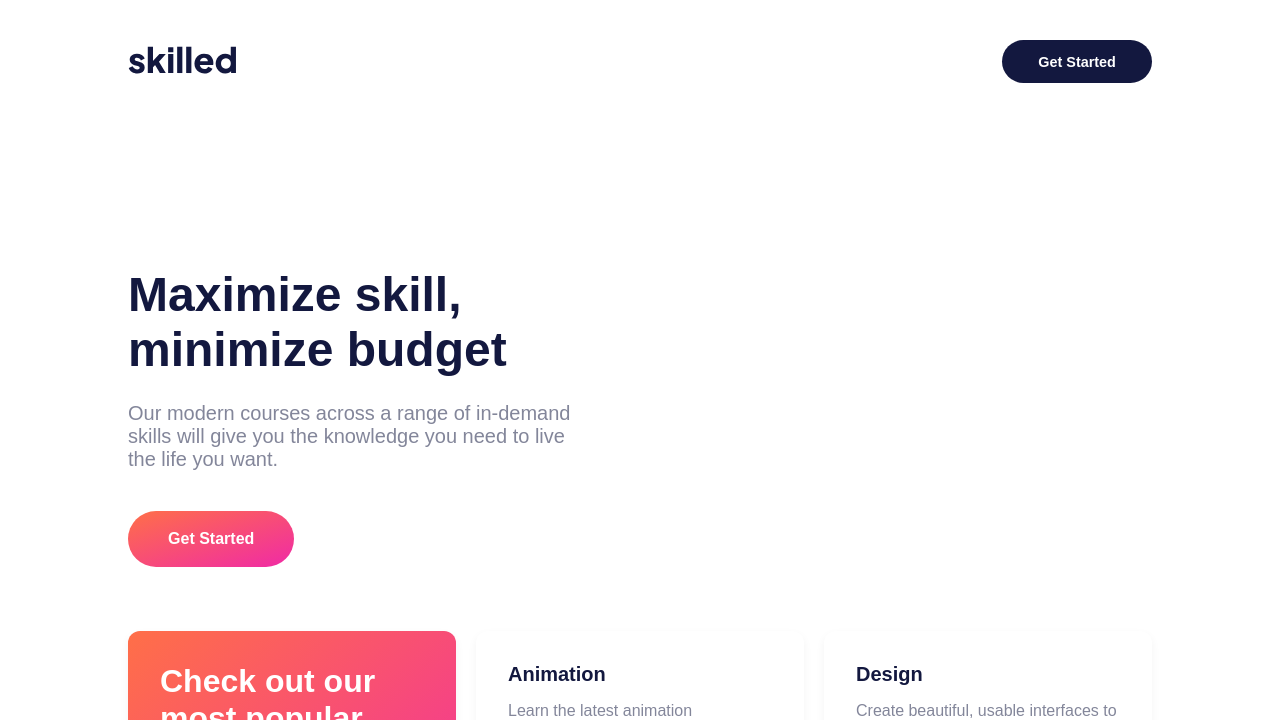
Repository: exe-walt/E-Learning-Landing-Page
Page: index.html
An editor plug-in stored every save of this project. The page is shown before and after the next save, followed by the edit.
The browser window is 1280 px wide. The pictures show the whole page.
The pointer rests on the first visible `.grad-btn1`.
An inner scrolling area shows only its first screen. Some web fonts or font styles are not loaded; a fallback is used.

Above is the page before, as saved 2025-05-30 11:43:39.

After the next save:
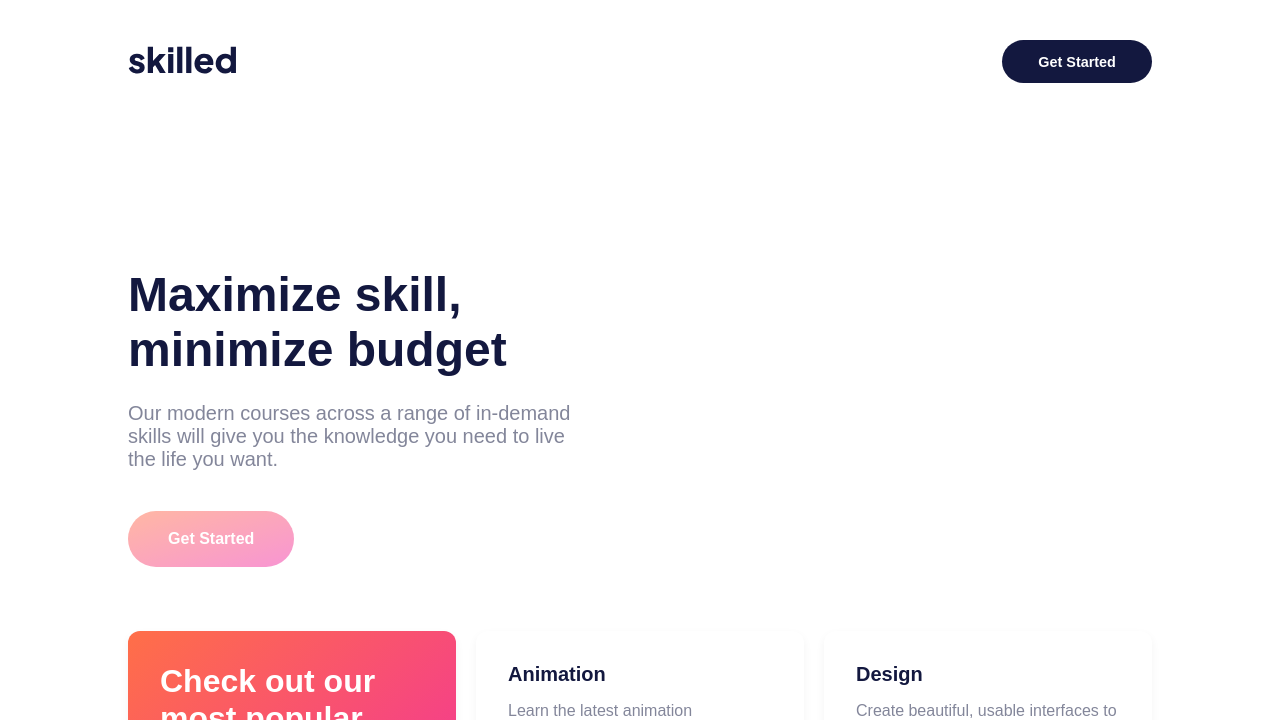
Saved 59 s later.
--- a/css/style.css
+++ b/css/style.css
@@ -103,8 +103,10 @@
   background: linear-gradient(to bottom right, #FF6F48, #F02AA6);
 }
 
-.grad-btn1:hover{
-  background: linear-gradient(to bottom right, #FF6F48, #F02AA6);
+.grad-btn1:hover {
+  background:
+    linear-gradient(rgba(255,255,255,0.5), rgba(255,255,255,0.5)),
+    linear-gradient(to bottom right, #FF6F48, #F02AA6);
 }
 
 .cc{

After the save that followed:
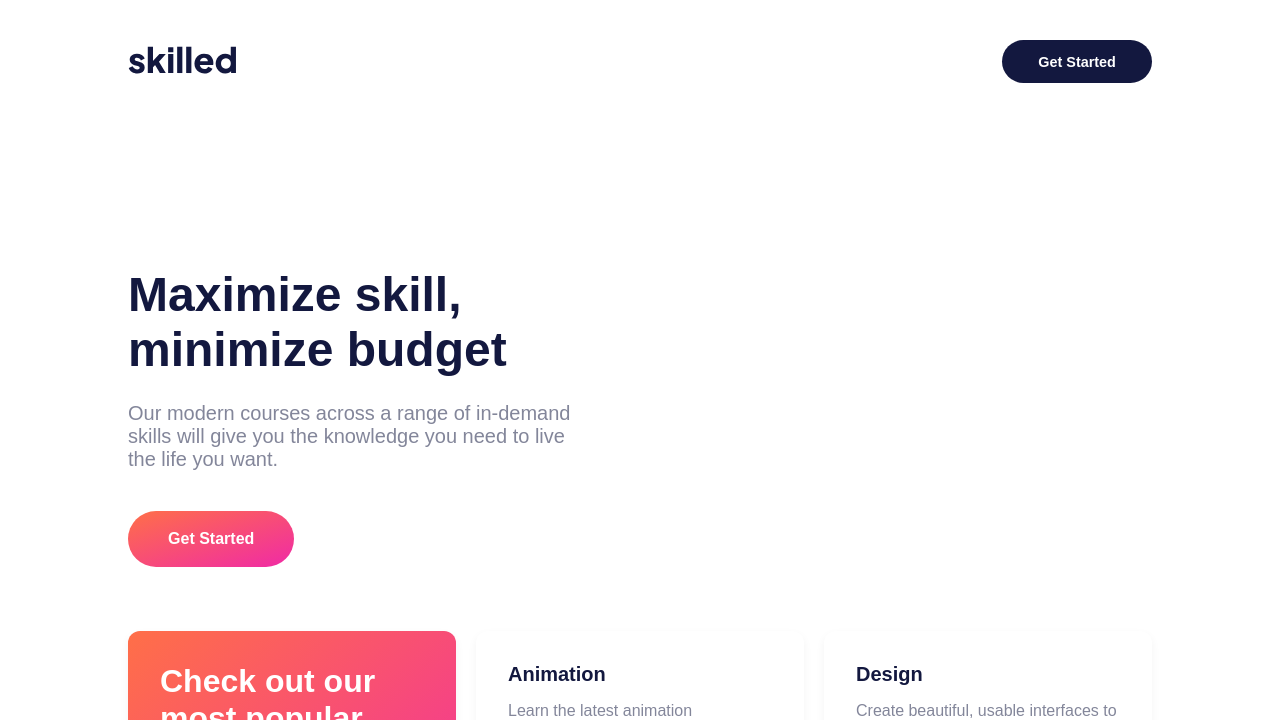
Saved 30 s later.
--- a/css/style.css
+++ b/css/style.css
@@ -105,7 +105,7 @@
 
 .grad-btn1:hover {
   background:
-    linear-gradient(rgba(255,255,255,0.5), rgba(255,255,255,0.5)),
+    linear-gradient(rgba(255,255,255,0.5)),
     linear-gradient(to bottom right, #FF6F48, #F02AA6);
 }
 
